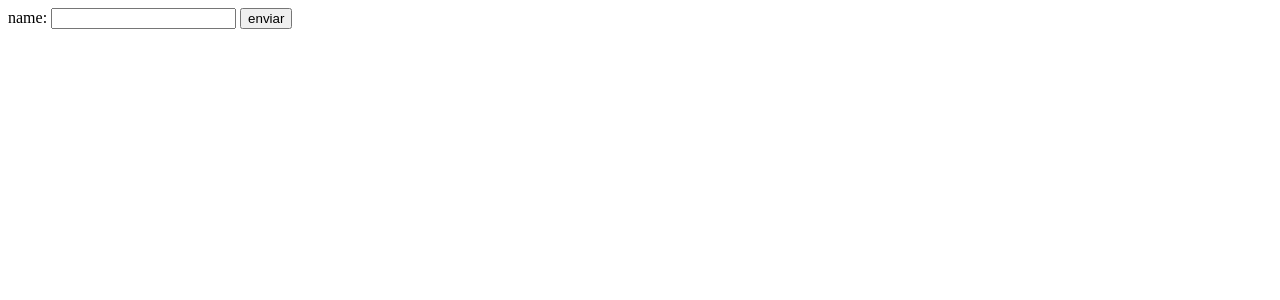
Repository: ygohamon/Java-Projeto-Ygohamon
Page: agenda-contato/WebContent/index.html
An editor plug-in stored every save of this project. The page is shown before and after the next save, followed by the edit.
The browser window is 1280 px wide. The pictures show the whole page.

Above is the page before, as saved 2017-10-24 22:21:12.

After the next save:
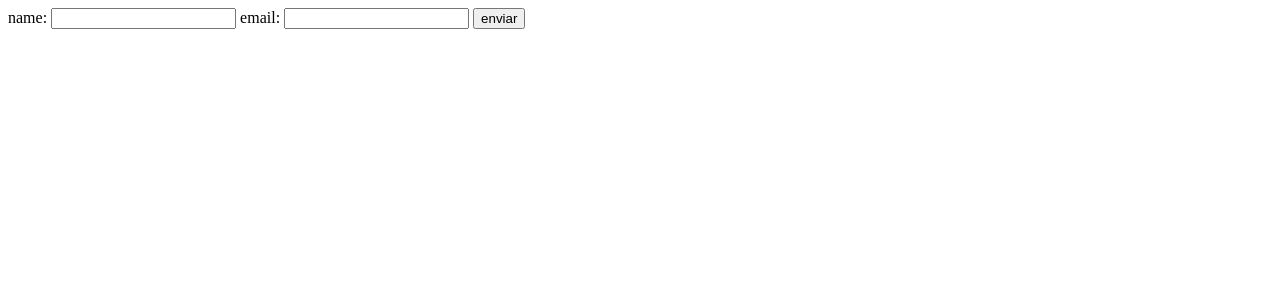
Saved 28 min 26 s later.
--- a/agenda-contato/WebContent/index.html
+++ b/agenda-contato/WebContent/index.html
@@ -7,6 +7,7 @@
 <body>
 <form action="SegundoServer" method="post">
 	name: <input type="text" name="nome" id="nome">
+	email: <input type="text" name="email" id="email">
 	<input type="submit" title="enviar" value="enviar">
 
 </form>
